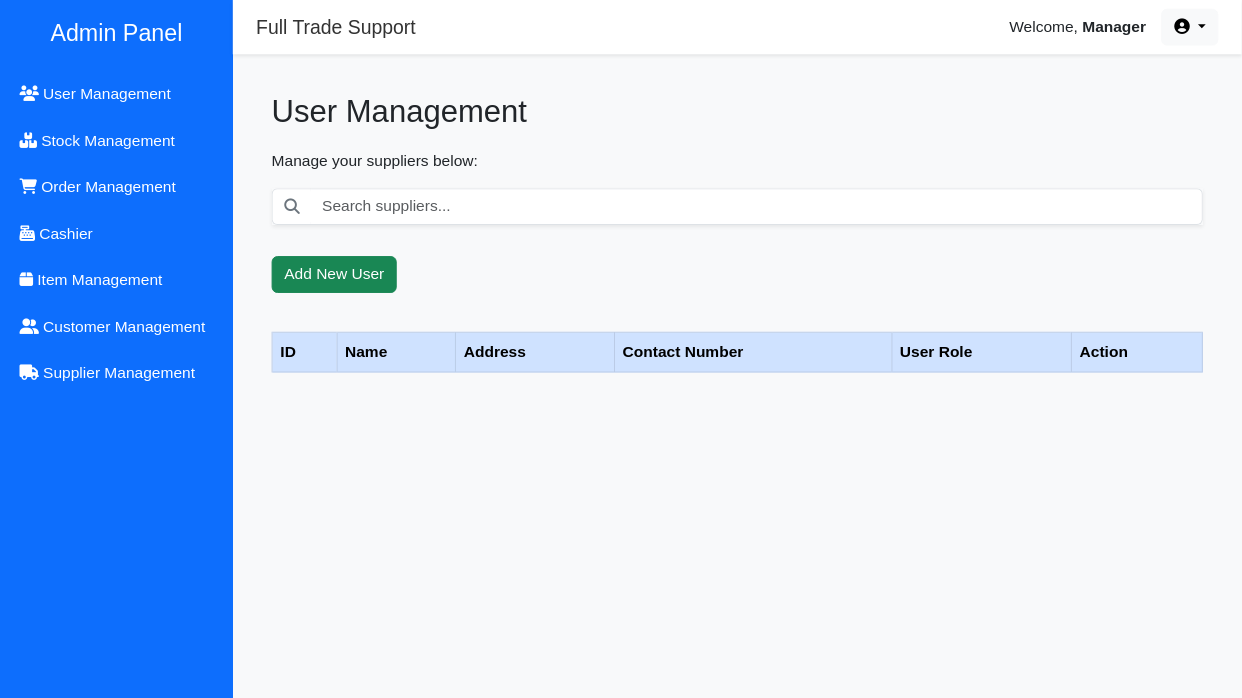
Repository: LakviduUpasara/onlineSparePartsManagementSystem
Page: http://localhost/Spare_parts_Management_Systems/Admin/display.jsp
These files come from the project's save history. The page is drawn as it stood at one moment and after the next save; the edit follows.
The browser window is 1280 px wide. The pictures show the whole page, at 97% of full size.
The page is served by Tomcat 9. The template is opened directly, without the code that normally fills it, so the values that code supplies are empty.

Above is the page before, as saved 2025-05-13 22:08:35.

After the next save:
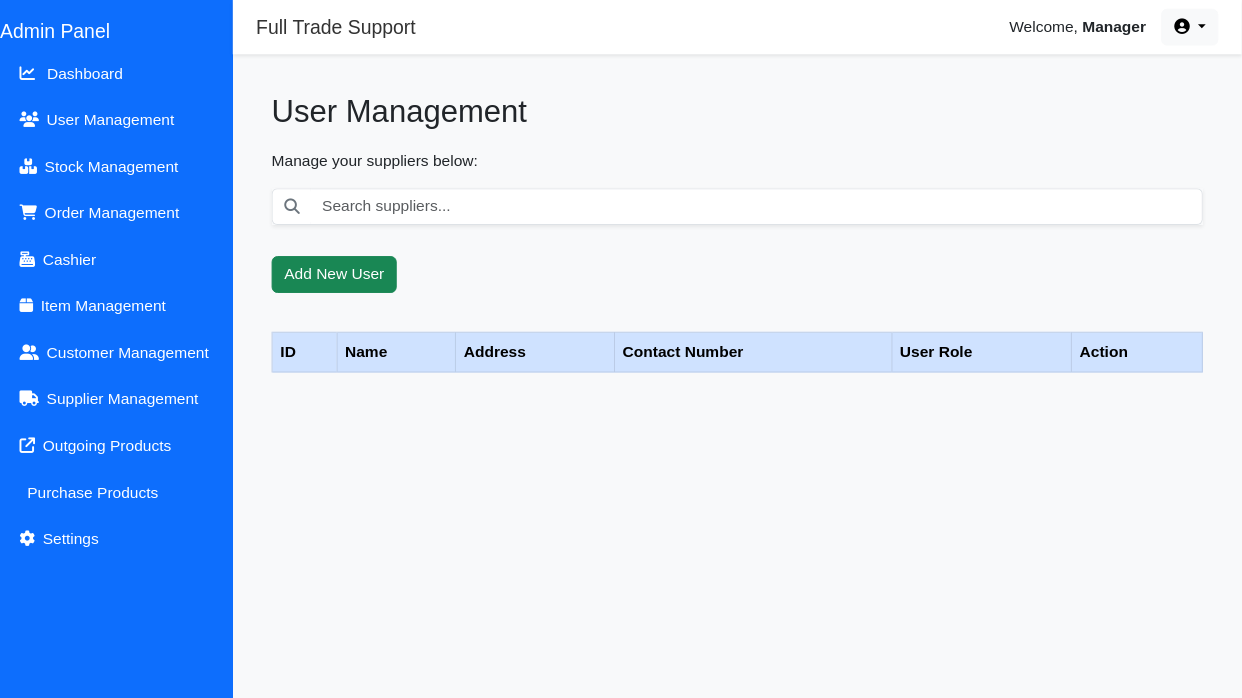
Saved 2 min 29 s later.
--- a/Project/Project/Spare_parts_Management_Systems/src/main/webapp/Admin/display.jsp
+++ b/Project/Project/Spare_parts_Management_Systems/src/main/webapp/Admin/display.jsp
@@ -61,16 +61,25 @@
 </head>
 
 <body>
-  <!-- Sidebar -->
+   <!-- Sidebar -->
   <div class="sidebar">
-    <h4 class="text-center mb-4">Admin  Panel</h4>
-    <a href=" GetAllServlet"><i class="fas fa-users"></i> User Management</a>
-    <a href="#"><i class="fas fa-boxes"></i> Stock Management</a>
-    <a href="#"><i class="fas fa-shopping-cart"></i> Order Management</a>
-    <a href="#"><i class="fas fa-cash-register"></i> Cashier</a>
-    <a href="#"><i class="fas fa-box"></i> Item Management</a>
-    <a href="#"><i class="fas fa-user-friends"></i> Customer Management</a>
-    <a href="supplier-list"><i class="fas fa-truck"></i> Supplier Management</a>
+    <h5>Admin Panel</h5>
+    <a href="dashboard.jsp"><i class="fas fa-chart-line me-2"></i> Dashboard</a>
+    <a href="GetAllServlet"><i class="fas fa-users me-2"></i>User Management</a>
+    <a href="#"><i class="fas fa-boxes me-2"></i>Stock Management</a>
+    <a href="#"><i class="fas fa-shopping-cart me-2"></i>Order Management</a>
+    <a href="#"><i class="fas fa-cash-register me-2"></i>Cashier</a>
+    <a href="#"><i class="fas fa-box me-2"></i>Item Management</a>
+    <a href="#"><i class="fas fa-user-friends me-2"></i>Customer Management</a>
+    <a href="supplier-list"><i class="fas fa-truck me-2"></i>Supplier Management</a>
+    <a href="#"><i class="fas fa-arrow-up-right-from-square me-2"></i>Outgoing Products</a>
+    <a href="#"><i class="fas fa-arrow-down-to-line me-2"></i>Purchase Products</a>
+    <a href="#" data-bs-toggle="collapse" data-bs-target="#settingsMenu"><i class="fas fa-gear me-2"></i>Settings</a>
+    <div class="collapse ms-3" id="settingsMenu">
+      <a href="profile.jsp" class="d-block mt-1"><i class="fas fa-id-badge me-2"></i>Profile Settings</a>
+      <a href="#" class="d-block mt-1"><i class="fas fa-lock me-2"></i>Change Password</a>
+      <a href="#" class="d-block mt-1"><i class="fas fa-sliders-h me-2"></i>System Preferences</a>
+    </div>
   </div>
 
   <!-- Main Content -->

After the save that followed:
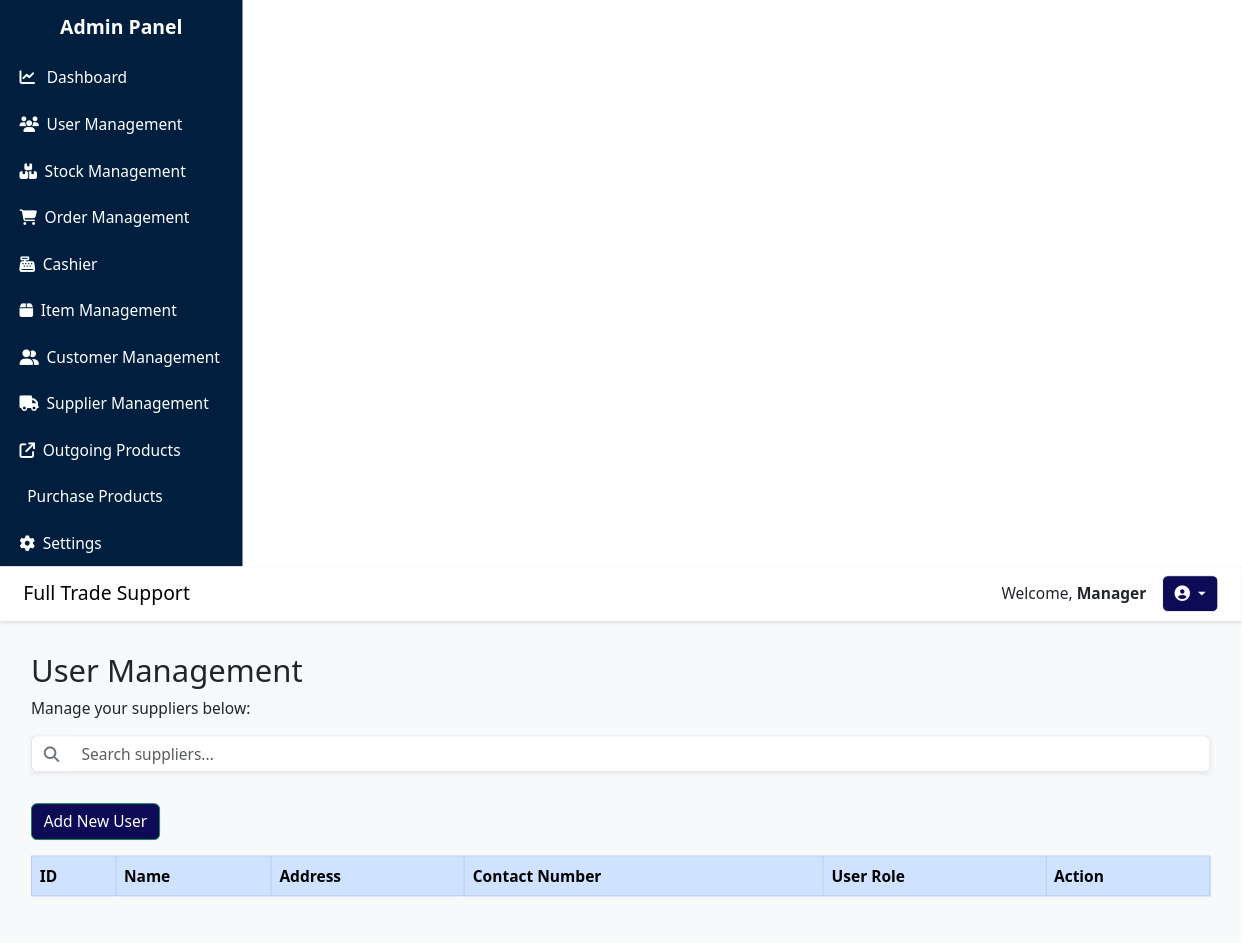
Saved 32 s later.
--- a/Project/Project/Spare_parts_Management_Systems/src/main/webapp/Admin/display.jsp
+++ b/Project/Project/Spare_parts_Management_Systems/src/main/webapp/Admin/display.jsp
@@ -11,51 +11,63 @@
   <link rel="stylesheet" href="https://cdnjs.cloudflare.com/ajax/libs/font-awesome/6.4.0/css/all.min.css">
   <style>
     body {
-      margin: 0;
-      font-family: Arial, sans-serif;
-      background-color: #f8f9fa;
+    body {
+      display: flex;
+      min-height: 100vh;
+      overflow-x: hidden;
     }
     .sidebar {
-      height: 100vh;
-      background-color: #0d6efd;
-      color: white;
-      position: fixed;
-      width: 240px;
-      padding-top: 20px;
+      width: 250px;
+      background-color: #001f3f;
+      color: #fff;
+      flex-shrink: 0;
+      padding-top: 1rem;
     }
     .sidebar a {
-      color: white;
-      text-decoration: none;
       display: block;
       padding: 12px 20px;
-      font-size: 16px;
+      color: #fff;
+      text-decoration: none;
+      transition: background 0.3s;
     }
     .sidebar a:hover {
-      background-color: #0b5ed7;
+      background-color: #003366;
+    }
+    .sidebar h5 {
+      text-align: center;
+      margin-bottom: 1rem;
+      font-weight: bold;
     }
     .main-content {
-      margin-left: 240px;
+      flex-grow: 1;
+      background: #f8f9fa;
     }
     .navbar {
       background-color: #ffffff;
-      box-shadow: 0 2px 4px rgba(0, 0, 0, 0.1);
-    }
-    .navbar .nav-link, .navbar .navbar-brand {
-      color: #333;
+      box-shadow: 0 2px 4px rgba(0,0,0,0.1);
     }
     .dashboard-content {
-      padding: 40px;
-      min-height: calc(100vh - 56px);
-    }
-    .dashboard-content h2 {
-      margin-bottom: 20px;
-    }
-    .table-container {
-      margin-top: 40px;
-    }
-    .update-btn, .delete-btn {
-      padding: 5px 10px;
-      margin-right: 5px;
+      padding: 2rem;
+    }
+    .custom-header {
+      background-color: #0d0b56; /* Match navigation blue */
+      color: white;
+    }
+    .btn {
+      background-color: #0d0b56;
+      color: white;
+    }
+    .btn:hover {
+      background-color: #003366;
+    }
+    .export-btn {
+      background-color: #ffffff;
+      color: #0d0b56;
+      border: 1px solid #0d0b56;
+    }
+    .export-btn:hover {
+      background-color: #0d0b56;
+      color: #ffffff;
     }
   </style>
 </head>
